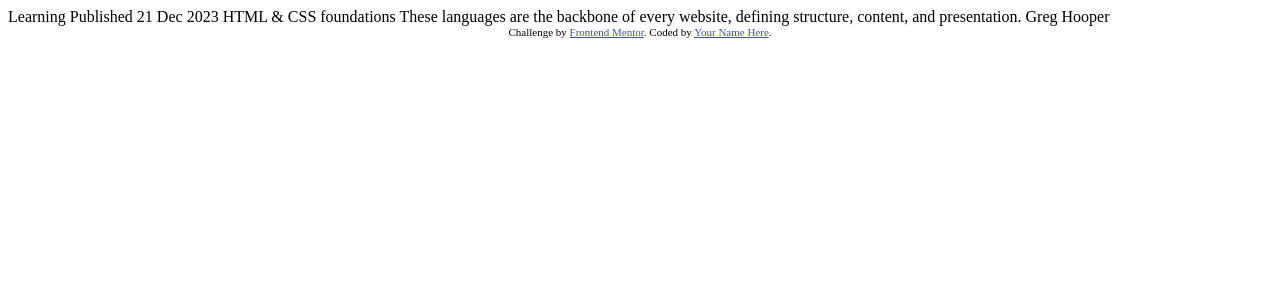
Repository: Dayvid0/FRONTEND_MENTOR_CHALLENGES
Page: index.html
These files come from the project's save history. The page is drawn as it stood at one moment and after the next save; the edit follows.
The browser window is 1280 px wide. The pictures show the whole page.

Above is the page before, as saved 2025-01-16 10:58:18.

### index.html
<!DOCTYPE html>
<html lang="en">
<head>
  <meta charset="UTF-8">
  <meta name="viewport" content="width=device-width, initial-scale=1.0"> <!-- displays site properly based on user's device -->

  <link rel="icon" type="image/png" sizes="32x32" href="./assets/images/favicon-32x32.png">

  <title>Frontend Mentor | Blog preview card</title>

  <!-- Feel free to remove these styles or customise in your own stylesheet 👍 -->
  <style>
    .attribution { font-size: 11px; text-align: center; }
    .attribution a { color: hsl(228, 45%, 44%); }
  </style>
</head>
<body>

  Learning

  Published 21 Dec 2023

  HTML & CSS foundations

  These languages are the backbone of every website, defining structure, content, and presentation.

  Greg Hooper

  <div class="attribution">
    Challenge by <a href="https://www.frontendmentor.io?ref=challenge" target="_blank">Frontend Mentor</a>.
    Coded by <a href="#">Your Name Here</a>.
  </div>
</body>
</html>

After the next save:
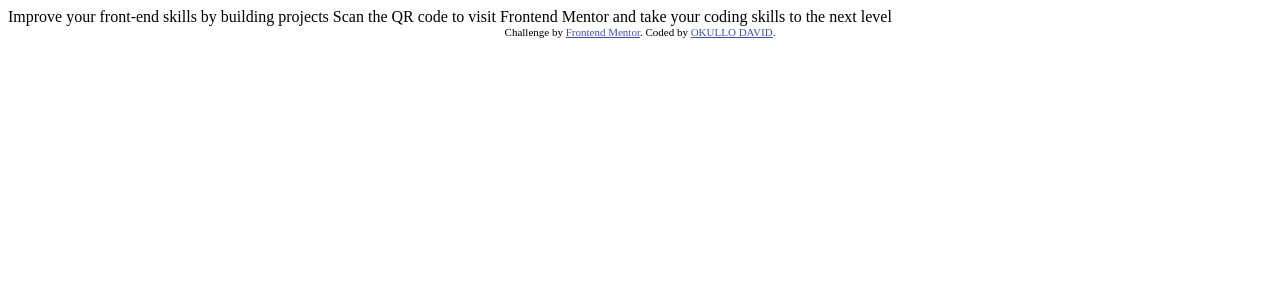
Saved 55 days later.
--- a/index.html
+++ b/index.html
@@ -3,11 +3,8 @@
 <head>
   <meta charset="UTF-8">
   <meta name="viewport" content="width=device-width, initial-scale=1.0"> <!-- displays site properly based on user's device -->
-
-  <link rel="icon" type="image/png" sizes="32x32" href="./assets/images/favicon-32x32.png">
-
-  <title>Frontend Mentor | Blog preview card</title>
-
+  <link rel="icon" type="image/png" sizes="32x32" href="./images/favicon-32x32.png">
+  <title>Frontend Mentor | QR code component</title>
   <!-- Feel free to remove these styles or customise in your own stylesheet 👍 -->
   <style>
     .attribution { font-size: 11px; text-align: center; }
@@ -15,20 +12,11 @@
   </style>
 </head>
 <body>
-
-  Learning
-
-  Published 21 Dec 2023
-
-  HTML & CSS foundations
-
-  These languages are the backbone of every website, defining structure, content, and presentation.
-
-  Greg Hooper
-
+  Improve your front-end skills by building projects
+  Scan the QR code to visit Frontend Mentor and take your coding skills to the next level
   <div class="attribution">
     Challenge by <a href="https://www.frontendmentor.io?ref=challenge" target="_blank">Frontend Mentor</a>.
-    Coded by <a href="#">Your Name Here</a>.
+    Coded by <a href="#">OKULLO DAVID</a>.
   </div>
 </body>
 </html>
